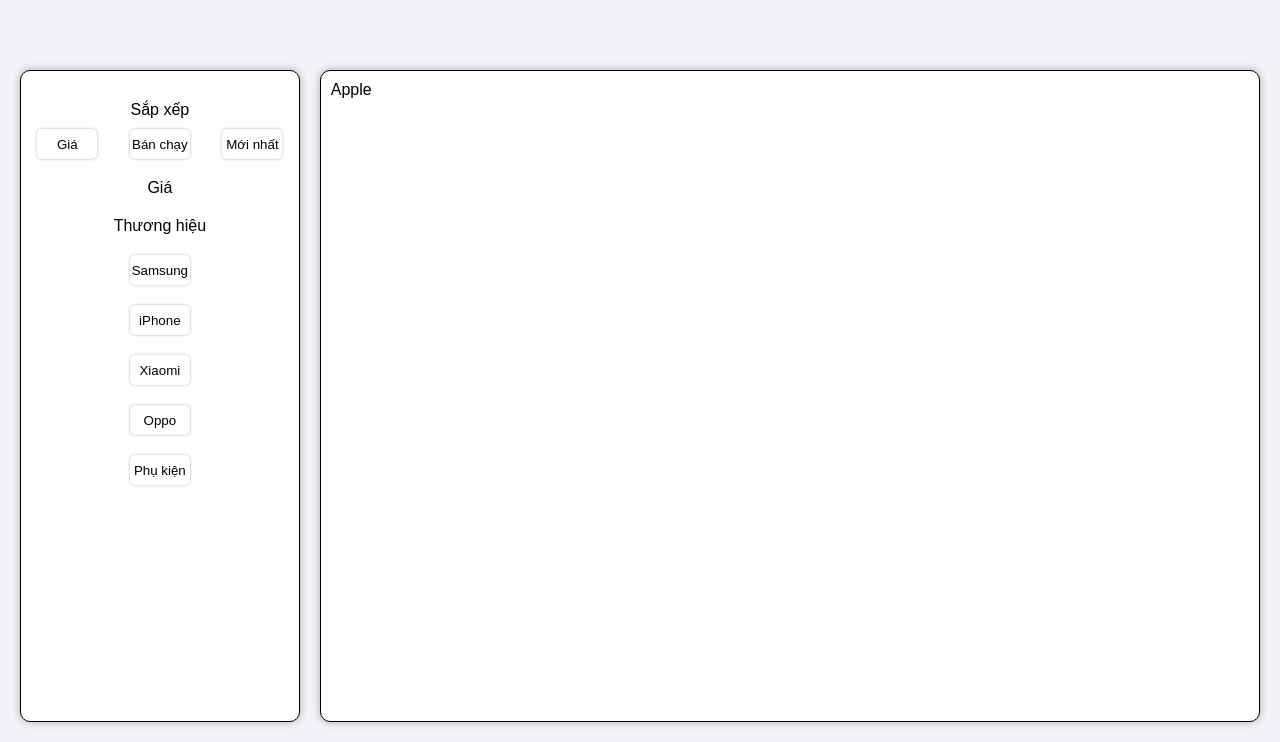
Repository: TrungSonQNIT2k4/ZENTECH
Page: showsp.html
These files come from the project's save history. The page is drawn as it stood at one moment and after the next save; the edit follows.
The browser window is 1280 px wide. The pictures show the whole page.
Some web fonts or font styles are not loaded; a fallback is used.

Above is the page before, as saved 2024-11-22 21:49:35.

### showsp.html
<!DOCTYPE html>
<html lang="en">

<head>
    <meta charset="UTF-8">
    <meta name="viewport" content="width=device-width, initial-scale=1.0">
    <title>ZENTECH</title>
    <link rel="stylesheet" href="style.css">
    <link rel="icon" type="image/png" href="/Data/Image/ICONLOGOZ.png" />
    <link href="https://fonts.googleapis.com/css2?family=Francois+One&display=swap" rel="stylesheet">
</head>
<body>
    <div class="container_show_item">
        <div class="menu_choose">
            <div class="Sort">
                <p>Sắp xếp</p>
                <div class="tools">
                    <button>Giá</button>
                    <button>Bán chạy</button>
                    <button>Mới nhất</button>
                </div>
            </div>
            <div class="Price_choose">
                <p>Giá</p>
                <div></div>
            </div>
            <div class="Brand_choose">
                <p>Thương hiệu</p>
                <div class="Brand_tools">
                    <button>Samsung</button>
                    <button>iPhone</button>
                    <button>Xiaomi</button>
                    <button>Oppo</button>
                    <button>Phụ kiện</button>
                </div>
            </div>
        </div>
        <div class="Show_item">
            <div class="name_brand">
                Apple
            </div>
        </div>
    </div>
</body>
</html>

### style.css
*{
    padding: 0;
    margin: 0;
    font-family: 'Francois One', sans-serif;
}
body{
  background-color: #F4F4F8;
}
p{
  color: black;
}
a{
    text-decoration: none;
}
li{
    list-style-type: none;
}
.header{
    display: flex;
    position: fixed;
    background-color: #F4F4F8;
    height: 100px;
    top: 0;
    left: 0;
    width: 100%;
    z-index: 1000;
    box-shadow: 0 6px 10px rgba(0, 0, 0, 0.15);
}
.header_inner{
  width: 100%;
  background-color: #F4F4F8;
  display: flex;
  margin: 10px;
  margin: 10px;
  justify-content: space-between;
  align-items: center;
  position: relative;
}
.header_logo{
  margin-top: 15px;
  padding: 5px;
  height: 120px;
  width: 200px;
  transition: all 0.6s;
}
.header_logo:hover{
  transform: scale(1.05);
}
.globalnav-list{
  display: flex;
  align-items: center;
  font-size: 25px;
  font-family: 'Francois One', sans-serif;
  white-space: nowrap;
}
.globalnav-list-content{
  margin-left: 30px;
  margin-right: 30px;
  transition: all 0.1s;
}
.globalnav-list-content:hover{
  color: red;
}
.menu_item{
  margin: 0 1rem;
}
.menu_item:hover .menu_child{
  opacity: 1;
  visibility: visible;
}
.menu_child{
  background-color: whitesmoke;
  display: flex;
  position: absolute;
  top: 120%;
  left: 0;
  width: 97%;
  padding: 20px;
  border-radius: 20px;
  opacity: 0;
  visibility: hidden;
  justify-content: space-around;
  transition: opacity 0.25s ease, visibility 0.25s ease;
  box-shadow: 0 0 8px rgba(0, 0, 0, 0.15);
}
.menu_child-list p{
  transition: 0.1s;
}
.menu_child-list p:hover{
  color: red;
}
.globalnav-tool{
  display: flex;
  align-items: center;
  white-space: nowrap;
}
.globalnav-tool-content{
  margin-left: 30px;
  margin-right: 30px;
  transition:all 0.5s;
}
.globalnav-tool-content:hover{
  transform: scale(1.1);
}
.icon{
    height: 30px;
    width: 30px;
    margin-top: 5px;
    margin-right: 5px;
}
.container{
    margin-top: 120px;
    margin-bottom: 350px;
    min-height: 1300px;
    background-color: #F4F4F8;
    margin-bottom: 500px;
}
.slogan p{
  font-size: 20px;
  margin: 10px;
  text-align: center;
  color: red;
}
.banner{
  display: flex;
  justify-content: center;
  min-height: 450px;
  width: 1300px;
  margin-right: 30px;
  margin-left: 30px;
  white-space: nowrap;
}
.banner ul{
  padding: 0;
  margin: 0;
  list-style-type: none;
}
.banner-content img{
  border-radius: 10px;
  height: 450px;
  width: 1200px;
}
.smartphone{
  margin-left: 30px;
  margin-right: 30px;
  height: 60px;
  white-space: nowrap;
}
.smartphone ul {
  justify-content: space-around;
  display: flex;
  padding: 0;
  margin-bottom: 20px;
  list-style-type: none;
}

.smartphone li {
  display: flex;
}
.smartphone-content{
  margin: 10px;
  border-radius: 10px;
  border: none;
  background-color: rgba(255, 0, 0, 0);
}
.smartphone-content img{
  border-radius: 10%;
  height: 250px;
  width: 250px;
  box-shadow: 4px 4px 8px rgba(0, 0, 0, 0.3);
  transition: all 0.6s;
}
.smartphone-content img:hover{
  transform: scale(1.05);
  box-shadow: 6px 6px 12px rgba(0, 0, 0, 0.5);
}
.header-item{
  margin-left: 30px;
  margin-right: 30px;
  display: flex;
  justify-content: space-between;
}
.header-topic button{
  height: 30px;
  width: 300px;
  background-color: #D2B48C;
  border: none;
  border-radius: 5px;
}
.header-topic h3{
  transition: all 0.3s;
}
.header-topic h3:hover{
  color: white;
}
.other-link button{
  height: 30px;
  width: 80px;
  margin-left: 5px;
  margin-right: 5px;
  border-radius: 10px;
  transition: all 0.4s;
}
.other-link button:hover{
  transform: scale(1.05);
}
.other-link p:hover{
  color: red;
}
.smartphone-items{
  margin-left: 30px;
  margin-right: 30px;
  display: flex;
}

.smartphone-item button{
  height: 300px;
  width: 240px;
  border-radius: 10px;
  border: none;
  background-color: white;
  box-shadow: 4px 4px 8px rgba(0, 0, 0, 0.3);
  transition: all 0.6s;
}
.smartphone-item button:hover{
  transform: scale(1.05);
}
.smartphone-item img{
  height: 190px;
  width: 180px;
  margin-bottom: 10px;
}
.smartphone-item p{
  font-size: 20px;
  font-weight: 100;
}
.price{
  color: red;
}
::-webkit-scrollbar {
  width: 12px;
  height: 12px;
}

/* Phần thanh kéo */
::-webkit-scrollbar-thumb {
  background-color: #888;
  border-radius: 10px;
  border: 3px solid #f1f1f1;
}

/* Phần đường ray */
::-webkit-scrollbar-track {
  background-color: #f1f1f1;
  border-radius: 10px;
}

/* Phần thanh cuộn khi hover */
::-webkit-scrollbar-thumb:hover {
  background-color: #555;
}
.footer{
    background-color: #F4F4F8;
    min-height: 50px;
    padding: 30px;
    bottom:0;
    margin-right: 30px;
    margin-left: 30px;
    border-radius: 10px;
    box-shadow: 0 -1px 10px rgba(0, 0, 0, 0.15);
}
.footer-menu{
  display: flex;
  justify-content: space-between;
}
.footer-menu-list p{
  transition: all 0.1s;
}
.footer-menu-list p:hover{
  color: red;
}
.footer-tool{
  margin-top: 20px;
  display: flex;
  justify-content: space-around;
}
.footer-tool-list  img{
  height: 90px;
  width: 180px;
}
.footer-menu-contact{
  display: flex;
  justify-content: center;
}
.footer-menu-contact img{
  margin-right: 10px;
  height: 50px;
  width: 50px;
  border-radius: 100%;
  transition: all 0.5s;
}
.footer-menu-contact img:hover{
  transform: scale(1.05);
}
.footer-tool-bank{
  display: flex;
  justify-content: center;
}
.footer-tool-bank img{
  margin-right: 10px;
  height: 50px;
  width: 50px;
  border-radius: 100%;
  transition: all 0.5s;
}
.footer-tool-bank img:hover{
  transform: scale(1.05);
}
.copyright{
  font-size: 12px;
  display: flex;
  justify-content: center;
}
/* showsp_html */
.container_show_item{
  display: flex;
  padding: 20px;
}
.menu_choose{
  margin-right: 20px;
  margin-top: 50px;
  border: 1px solid;
  border-radius: 10px;
  width: 300px;
  height: 650px;
  box-shadow: 0px 0px 8px rgba(0, 0, 0, 0.3);
  background-color: white;
}
.menu_choose p{
  display: flex;
  justify-content: center;
}
.Sort{
  margin-top: 30px;
}
.tools{
  margin-top: 10px;
  display: flex;
  justify-content: space-around;
}
.tools button{
  height: 30px;
  width: 60px;
  border-radius: 5px;
  border: none;
  transition: 0.8s;
  box-shadow: 0px 0px 3px rgba(0, 0, 0, 0.3);
  background-color: white;
}
.tools button:hover{
  transform: scale(1.1);
  color: red;
}
.Price_choose{
  margin-top: 20px;
}
.Brand_choose{
  margin-top: 20px;
}
.Brand_tools{
  margin: 10px;
  display: grid;
  justify-content: center;
}
.Brand_tools button{
  background-color: white;
  margin: 10px;
  height: 30px;
  width: 60px;
  border-radius: 5px;
  border: none;
  transition: 0.8s;
  box-shadow: 0px 0px 3px rgba(0, 0, 0, 0.3);
}
.Brand_tools button:hover{
  transform: scale(1.1);
  color: red;
}
.Show_item{
  border-radius: 10px;
  margin-top: 50px;
  width: 80%;
  height: auto;
  border: 1px solid;
  box-shadow: 0px 0px 8px rgba(0, 0, 0, 0.3);
  background-color: white;
  padding: 10px;
}

After the next save:
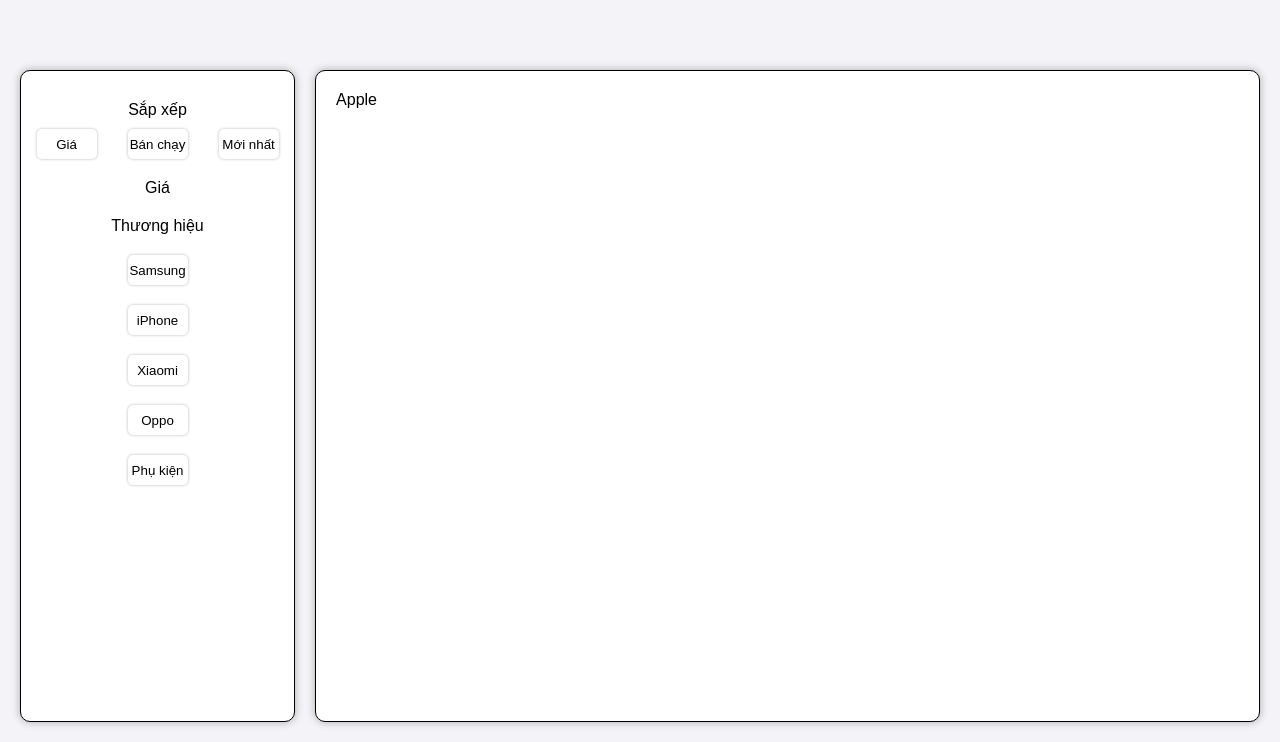
Saved 5 s later.
--- a/style.css
+++ b/style.css
@@ -394,5 +394,5 @@
   border: 1px solid;
   box-shadow: 0px 0px 8px rgba(0, 0, 0, 0.3);
   background-color: white;
-  padding: 10px;
-}
+  padding: 20px;
+}
